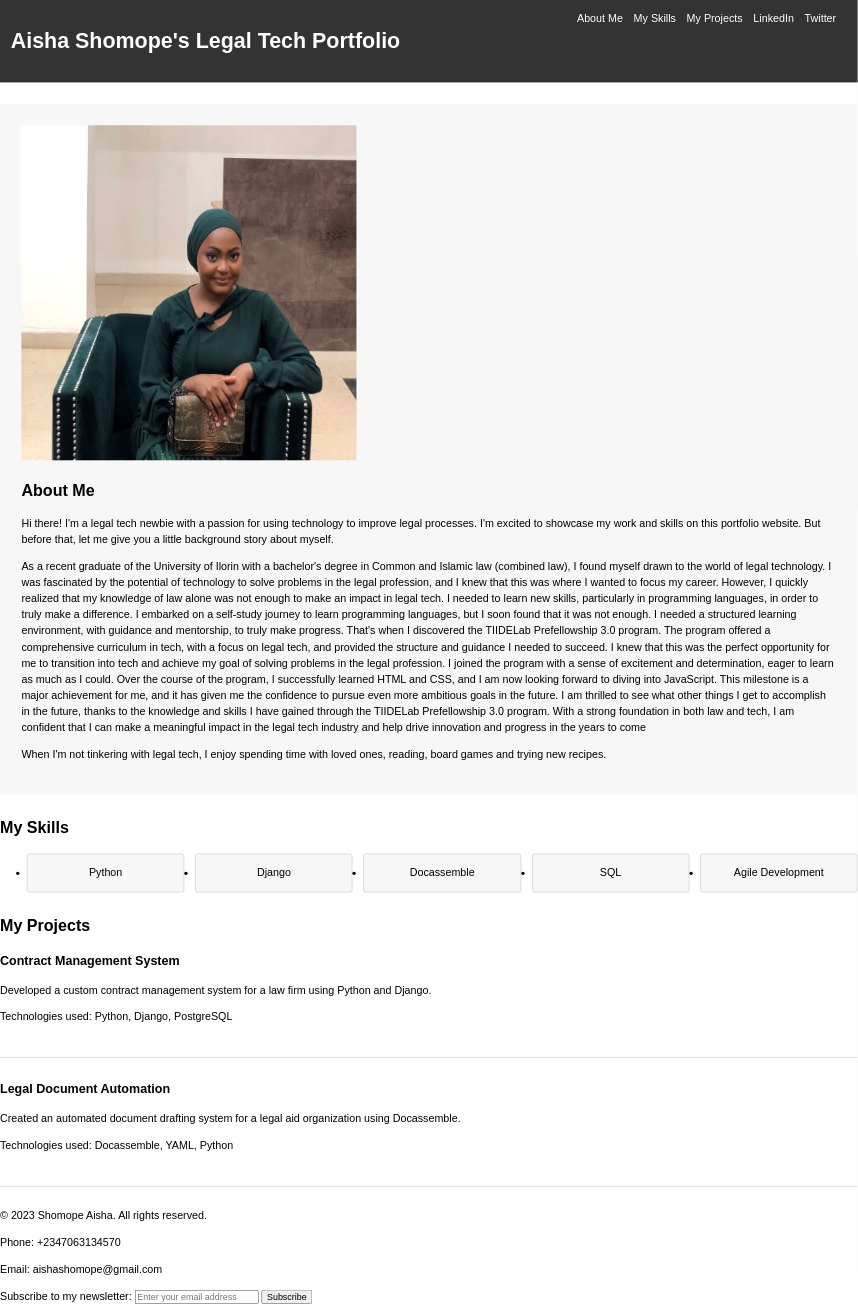
Repository: Iyewande/AishasPortfolio
Page: Index.html
The author's editor kept a copy of each file at every save. The page is drawn from the files as they stood at one save, then again after the next save.
The browser window is 1280 px wide. The pictures show the whole page, at 67% of full size.

Above is the page before, as saved 2023-04-30 19:42:02.

After the next save:
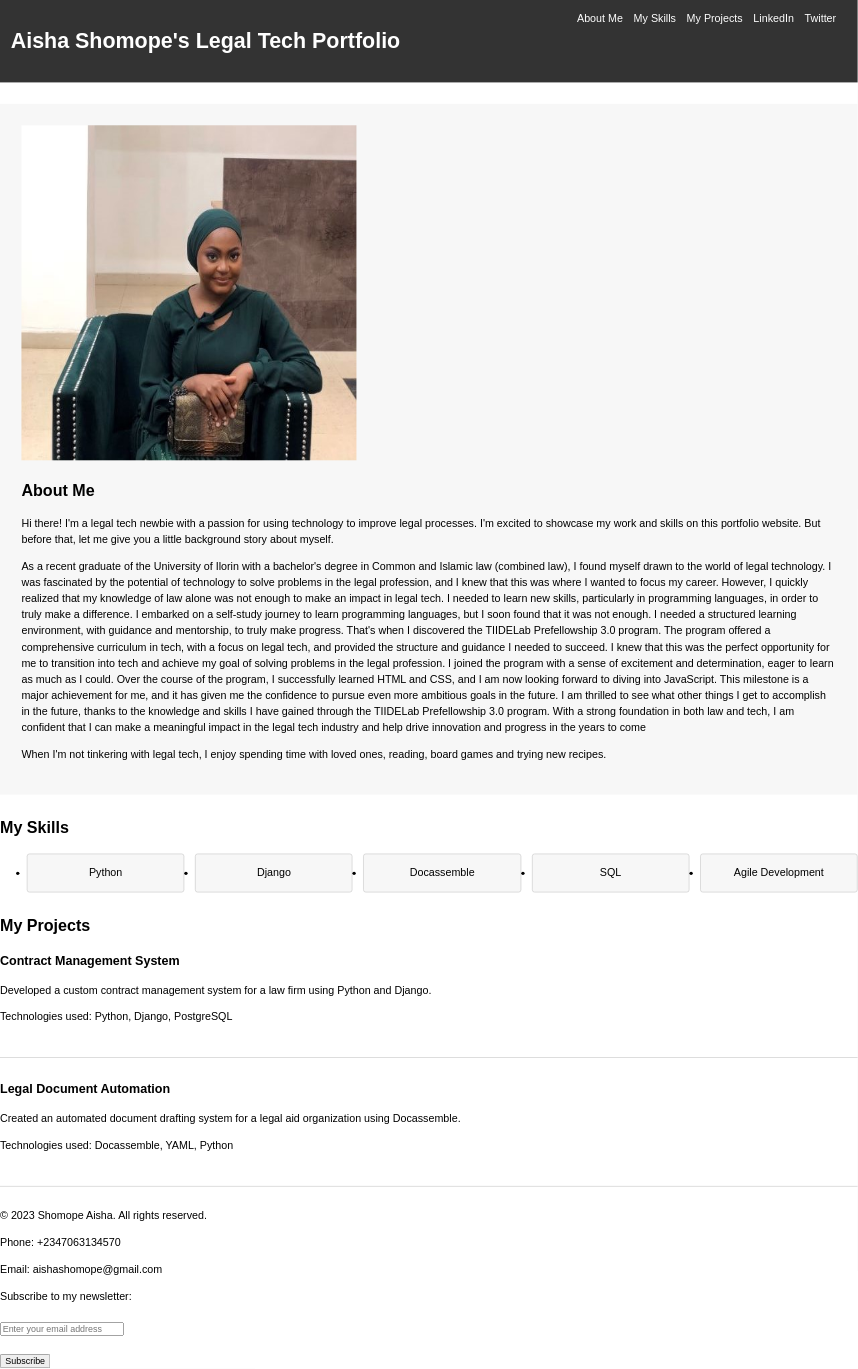
Saved 63 s later.
--- a/Index.html
+++ b/Index.html
@@ -76,7 +76,9 @@
                 </div>
                 <form action="#" method="post">
                     <label for="subscribe">Subscribe to my newsletter:</label>
+                    <br><br>
                     <input type="email" id="subscribe" name="subscribe" placeholder="Enter your email address">
+                    <br><br>
                     <button type="submit">Subscribe</button>
                 </form>
             </div>
